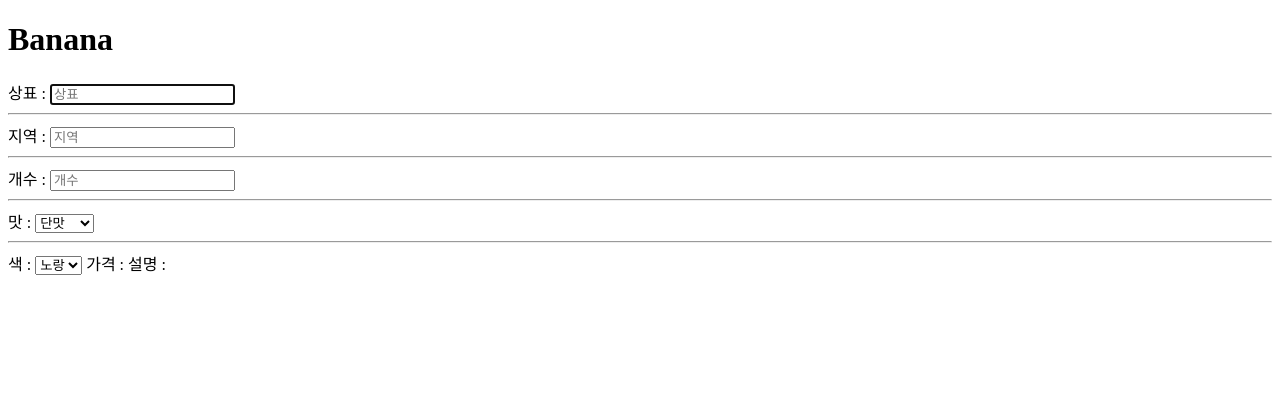
Repository: kmw7691/Soldesk
Page: http://localhost/Nov17_1_DSP_DB/banana/reg.jsp
The author's editor kept a copy of each file at every save. The page is drawn from the files as they stood at one save, then again after the next save.
The browser window is 1280 px wide. The pictures show the whole page.
The page is served by Tomcat 9. Other server files are loaded and not shown.

Above is the page before, as saved 2023-11-21 01:16:49.

### Nov17_1_DSP_DB/src/main/webapp/banana/reg.jsp
<%@ page language="java" contentType="text/html; charset=UTF-8"
    pageEncoding="UTF-8"%>
<!DOCTYPE html>
<html>
<head>
<meta charset="UTF-8">
<title>reg.jsp</title>
</head>
<body>
	<h1>Banana</h1>
	<form action="" name="bananaForm"
	onsubmit="return check();" method ="post">
		상표 : <input name="maker" autocomplete="off"
				autofocus="autofocus" placeholder="상표"><hr>
		지역 : <input name="location" autocomplete="off"
				autofocus="autofocus" placeholder="지역"><hr>
		개수 : <input name="howmany" autocomplete="off"
				autofocus="autofocus" placeholder="개수"><hr>
		맛 : <select name="flavor">
				<option>단맛</option>
				<option>쓴맛</option>
				<option>매운맛</option>
				<option>짠맛</option>
				<option>신맛</option>
			</select><hr>
		색 : <select name="color">
				<option>노랑</option>
				<option>초록</option>
				<option>빨강</option>
				<option>검정</option>
				<option>파랑</option>
			</select>
		가격 :
		설명 :
	</form>
</body>
</html>

After the next save:
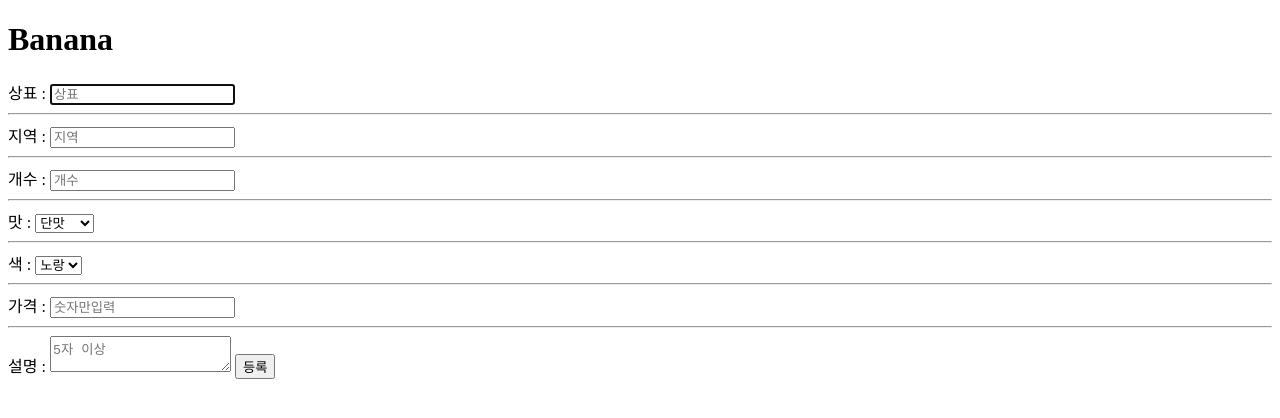
Saved 2 min 0 s later.
--- a/Nov17_1_DSP_DB/src/main/webapp/banana/reg.jsp
+++ b/Nov17_1_DSP_DB/src/main/webapp/banana/reg.jsp
@@ -29,9 +29,12 @@
 				<option>빨강</option>
 				<option>검정</option>
 				<option>파랑</option>
-			</select>
-		가격 :
-		설명 :
+			</select><hr>
+		가격 : <input name="price" autocomplete="off" placeholder="숫자만입력"><hr>
+		설명 : <textarea name="introduce" maxlength="100"
+				autocomplete="off" placeholder="5자 이상"></textarea>
+
+		<button>등록</button>
 	</form>
 </body>
 </html>
